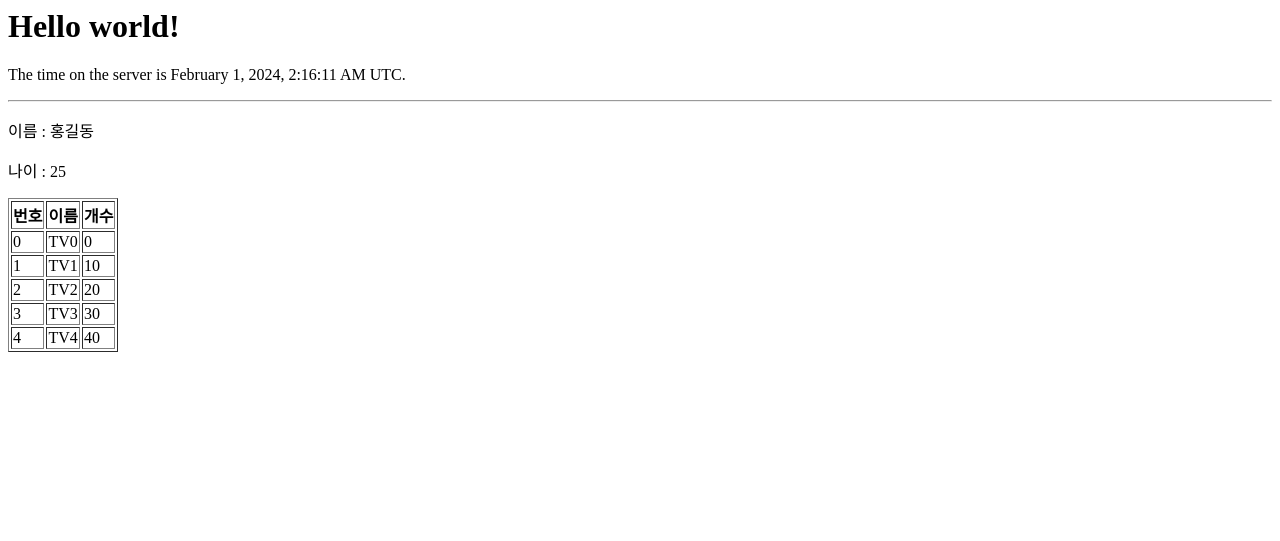
Repository: seonghun9906/sts3-Springboot
Page: http://localhost/spring-jsp02/
These files come from the project's save history. The page is drawn as it stood at one moment and after the next save; the edit follows.
The browser window is 1280 px wide. The pictures show the whole page.
The page is served by Tomcat 9. Other server files are loaded and not shown. The template is opened directly, without the code that normally fills it, so the values that code supplies are empty.

Above is the page before, as saved 2024-02-05 00:37:22.

### spring-jsp02/src/main/webapp/WEB-INF/views/home.jsp
<%@ page language="java" contentType="text/html; charset=UTF-8"
	pageEncoding="UTF-8"%>
<%@ taglib uri="http://java.sun.com/jsp/jstl/core" prefix="c"%>
<%@ page session="false"%>
<html>
<head>
<title>Home</title>
</head>
<body>
	<h1>Hello world!</h1>

	<P>The time on the server is ${serverTime}.</P>
	<hr>
	<!-- Scriptlet / JAVA를 사용하는 부분 / 화면에 출력되지 않음 -->
	<%
	String name = "홍길동";
	int age = 25;
	%>
	<p>
		이름 :
		<%=name%></p>
	<!-- 표현식 -->
	<p>
		나이 :
		<%=age%></p>
	<table border="1">
		<tr>
			<th>번호</th>
			<th>이름</th>
			<th>개수</th>
		</tr>
		<%
		for (int i = 0; i < 5; i++) {
		%>
			<tr>
				<td><%=i%></td>
				<td>TV<%=i%></td>
				<td><%=10 * i%></td>
			</tr>
		<%
		}
		%>

	</table>
</body>
</html>

After the next save:
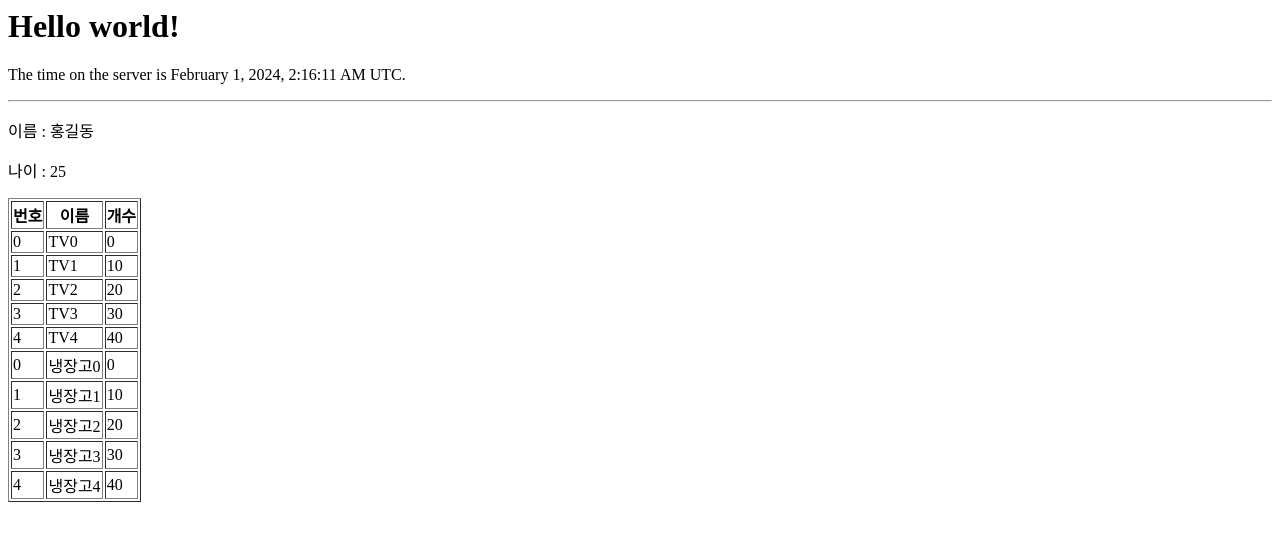
Saved 2 min 33 s later.
--- a/spring-jsp02/src/main/webapp/WEB-INF/views/home.jsp
+++ b/spring-jsp02/src/main/webapp/WEB-INF/views/home.jsp
@@ -41,6 +41,16 @@
 		}
 		%>
 
+	<%
+	for(int j = 0; j<5; j++){
+		out.print("<tr>");
+		out.print("<td>" + j + "</td>");
+		out.print("<td>냉장고" + j + "</td>");
+		out.print("<td>" + j*10 + "</td>");
+		out.print("</tr>");
+	}
+	%>
+
 	</table>
 </body>
 </html>
